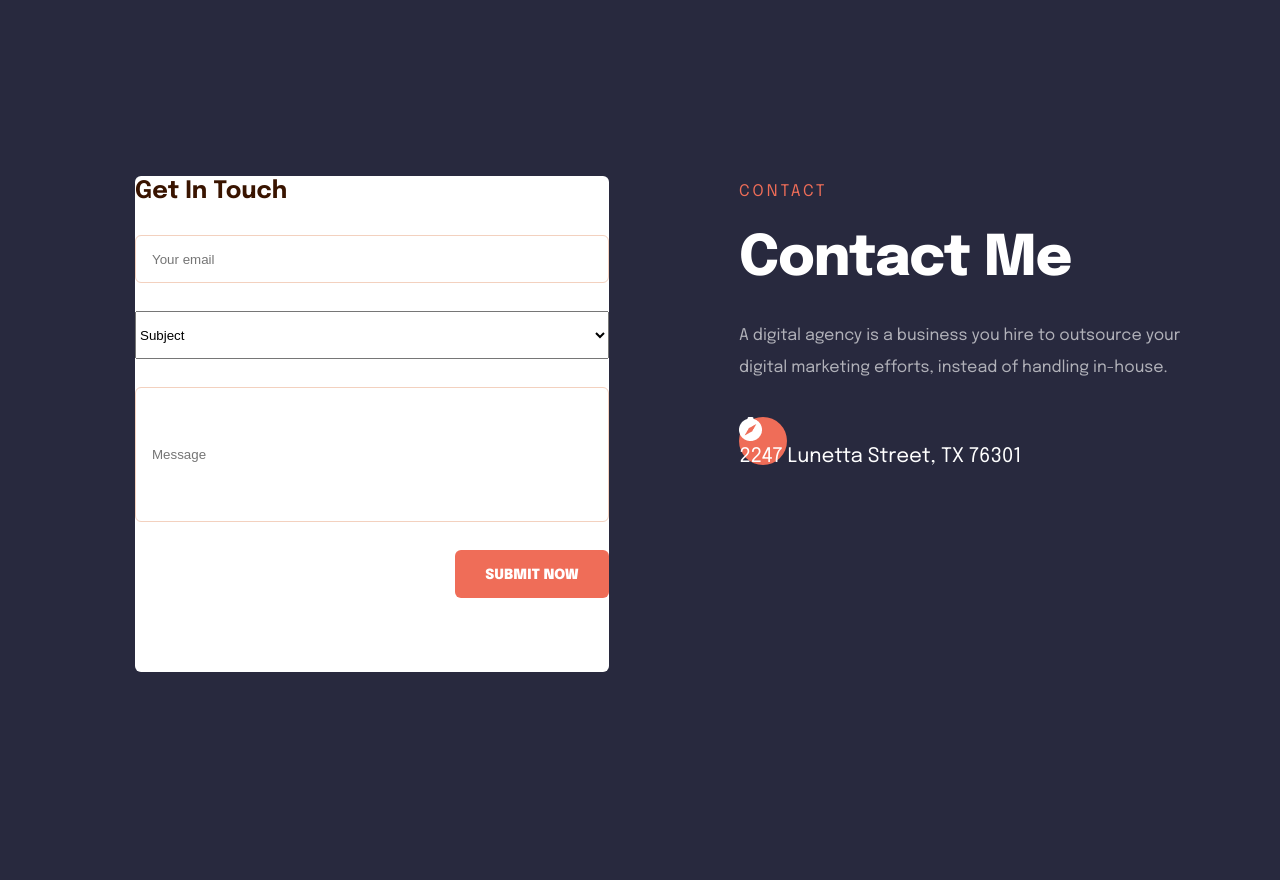
Repository: simralgasimov/contact-me
Page: index.html
These files come from the project's save history. The page is drawn as it stood at one moment and after the next save; the edit follows.
The browser window is 1280 px wide. The pictures show the whole page.

Above is the page before, as saved 2023-10-04 13:24:07.

### index.html
<!DOCTYPE html>
<html lang="en">
  <head>
    <meta charset="UTF-8" />
    <meta name="viewport" content="width=device-width, initial-scale=1.0" />
    <title>Document</title>
    <link rel="stylesheet" href="./index.css" />
  </head>
  <body>
    <div class="container">
        <form action="">
          <p>Get In Touch</p>
          <label for="">
            <input type="email" placeholder="Your email" />
          </label>

          <label for="subject">
            <select name="" id="subject">
              <option value="subject">Subject</option>
              <option value="subject">Subject</option>
              <option value="subject">Subject</option>
            </select>
          </label>

          <label for="">
            <input type="textarea" name="" id="" placeholder="Message" />
          </label>
          <button><a href="">Submit Now</a></button>
        </form>


      <div class="contact-me">
        <h1>Contact</h1>
        <h2>Contact Me</h2>
        <p>
          A digital agency is a business you hire to outsource your digital
          marketing efforts, instead of handling in-house.
        </p>
        <div class="cirycle">
          <img src="./img/Shape.png" alt="" />
          <p>2247 Lunetta Street, TX 76301</p>
        </div>
      </div>
    </div>
  </body>
</html>

### index.css
@import url("https://fonts.googleapis.com/css2?family=Epilogue:wght@400;700;800;900&display=swap");
* {
  margin: 0;
  padding: 0;
  box-sizing: border-box;
}

.container {
  padding: 176px 135px 208px 135px;
  background: #28293e;
  display: flex;
  /* justify-content: space-between; */
}

.container p {
  margin-bottom: 27px;
  color: var(--Text_Dark, #391400);
  font-feature-settings: "clig" off, "liga" off;

  font-family: Epilogue;
  font-size: 24px;
  font-style: normal;
  font-weight: 700;
  line-height: 32px;
}

.container form {
  width: 570px;
  height: 496px;
  margin-right: 130px;
  border-radius: 6px;
  background: #fff;
}

.container input {
  padding: 16px;
  border-radius: 6px;
  border: 1px solid #f3d1bf;
  background: #fff;
}

.container form label {
  display: block;
  margin-bottom: 28px;
}
.container form form {
  padding: 57px 48px 48px 48px;
}

.container  form [type="email"] {
  width: 474px;
  height: 48px;
}

.container  form [id="subject"] {
  width: 474px;
  height: 48px;
}

.container  form [type="textarea"] {
  width: 474px;
  height: 135px;
}

.container form button {
  width: 154px;
  height: 48px;
  border-radius: 6px;
  background: #ef6d58;
  border: none;
  float: right;
}

.container form button a {
  text-decoration: none;
  color: #fff;
  text-align: center;
  font-family: Epilogue;
  font-size: 14px;
  font-style: normal;
  font-weight: 900;
  line-height: normal;
  text-transform: uppercase;
}

.container .contact-me h1 {
  margin-bottom: 20px;
  width: 86px;
  color: var(--Text_Light_Accent, #ef6d58);
  font-feature-settings: "clig" off, "liga" off;
  font-family: Epilogue;
  font-size: 16px;
  font-style: normal;
  font-weight: 400;
  line-height: 32px;
  letter-spacing: 3px;
  text-transform: uppercase;
}

.container .contact-me h2 {
  margin-bottom: 28px;
  width: 334px;
  color: var(--Text_Light, #fff);
  font-feature-settings: "clig" off, "liga" off;
  font-family: Epilogue;
  font-size: 56px;
  font-style: normal;
  font-weight: 800;
  line-height: 64px;
  letter-spacing: -1px;
}

.container .contact-me p {
  margin-bottom: 33px;
  width: 470px;
  color: var(--Text_Light_Gray, rgba(255, 255, 255, 0.64));
  font-feature-settings: "clig" off, "liga" off;

  font-family: Epilogue;
  font-size: 16px;
  font-style: normal;
  font-weight: 400;
  line-height: 32px;
}

.container .contact-me .cirycle {
  /* position: relative; */
  width: 48px;
  height: 48px;
  background-color: #ef6d58;
  border-radius: 50%;
}

.container .contact-me .cirycle img {
  /* position: absolute; */
  /* margin: 13px; */

  display: flex;
  justify-content: center;
  align-content: center;
}

.container .contact-me .cirycle p {
  display: flex;
  justify-content: center;
  align-items: center;
  align-content: center;
  /* margin-left: 90px; */
  width: 283px;
  color: var(--Text_Light, #fff);
  font-feature-settings: "clig" off, "liga" off;

  font-family: Epilogue;
  font-size: 20px;
  font-style: normal;
  font-weight: 400;
  line-height: 32px;
}

After the next save:
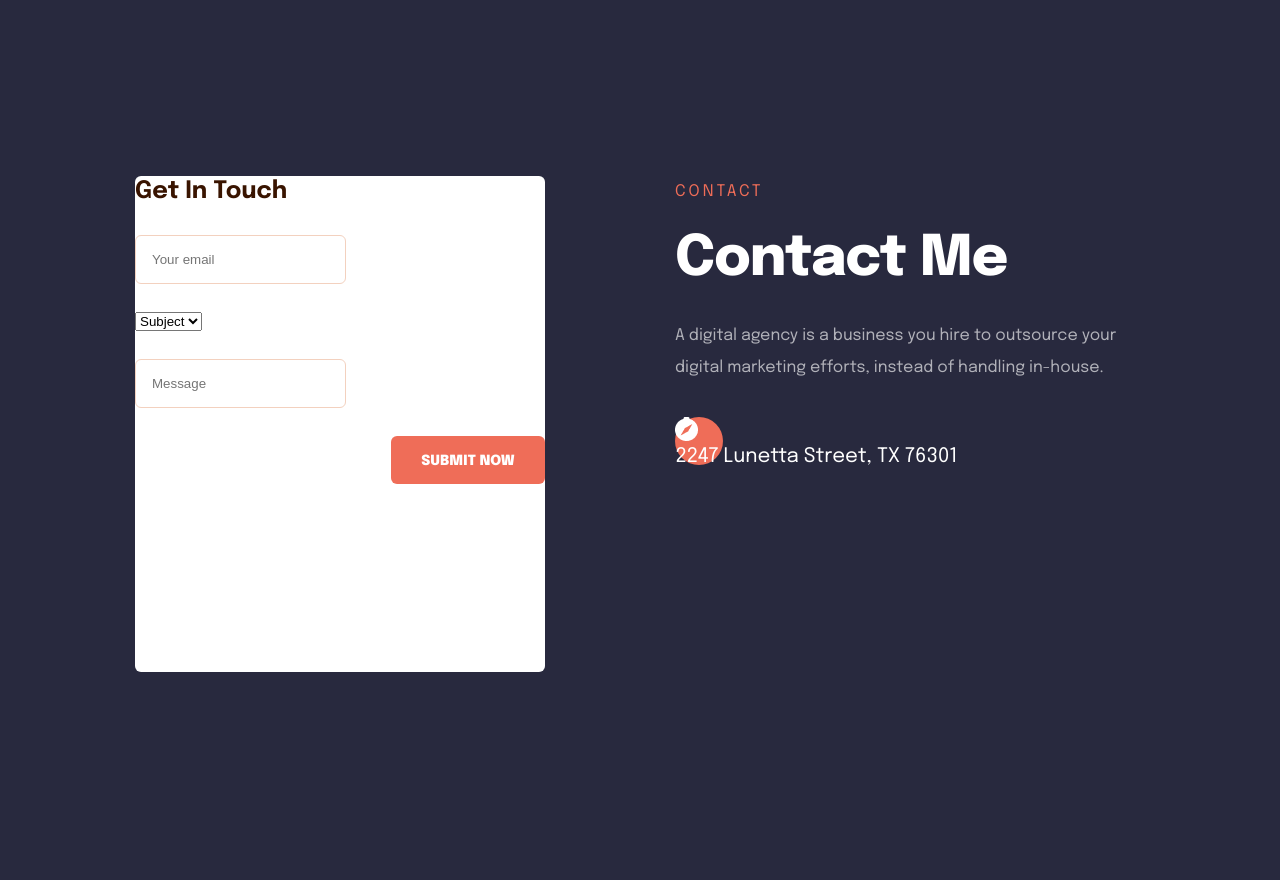
Saved 27 s later.
--- a/index.css
+++ b/index.css
@@ -47,7 +47,7 @@
   padding: 57px 48px 48px 48px;
 }
 
-.container  form [type="email"] {
+/* .container  form [type="email"] {
   width: 474px;
   height: 48px;
 }
@@ -60,7 +60,7 @@
 .container  form [type="textarea"] {
   width: 474px;
   height: 135px;
-}
+} */
 
 .container form button {
   width: 154px;
